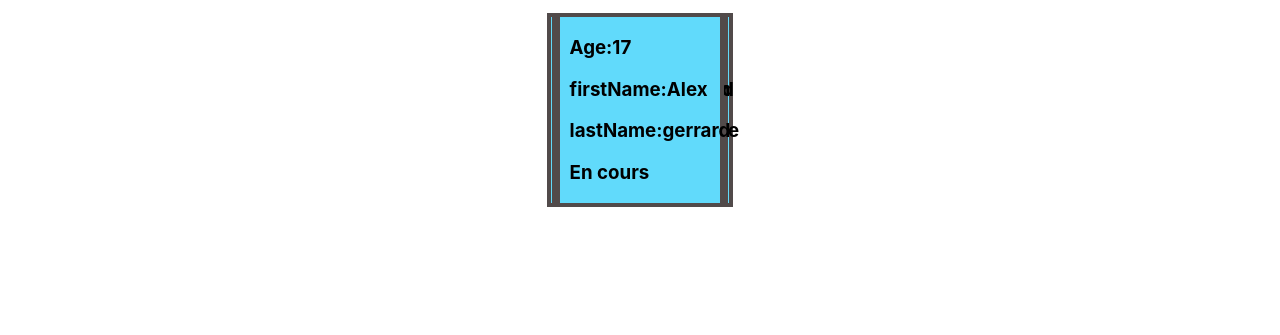
Repository: gounaine/Add_candidat
Page: /
An editor plug-in stored every save of this project. The page is shown before and after the next save, followed by the edit.
The browser window is 1280 px wide. The pictures show the whole page.
The project was rebuilt for these pictures with package versions that can differ from the ones it lists, and the page was loaded fresh each time.

Above is the page before, as saved 2024-05-26 19:47:06.

After the next save:
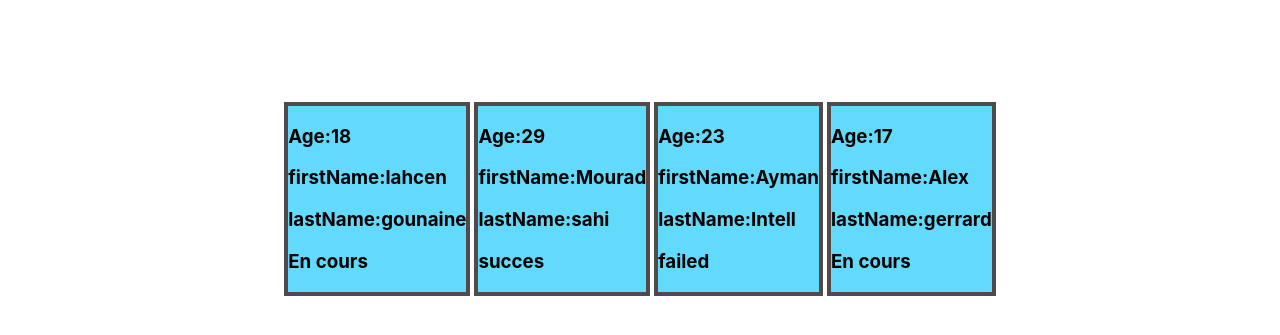
Saved 31 s later.
--- a/src/App.css
+++ b/src/App.css
@@ -40,12 +40,10 @@
 .Card{
   background-color:#61dafb;
   border: 4px solid rgb(81, 74, 74);
-  position: absolute;
+  margin: 2px;
+
 }
-h3{
-  position: relative;
-  left:10px;
-}
+
 
 
 
